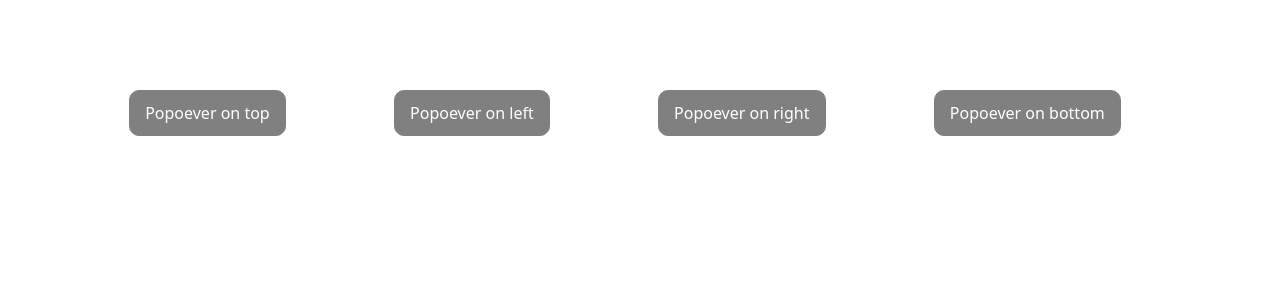
Repository: 1509Long/1509long.github.io
Page: exam.html
These files come from the project's save history. The page is drawn as it stood at one moment and after the next save; the edit follows.
The browser window is 1280 px wide. The pictures show the whole page.

Above is the page before, as saved 2022-05-24 21:12:55.

### exam.html
<!DOCTYPE html>
<html lang="en">
  <head>
    <title>Title</title>
    <!-- Required meta tags -->
    <meta charset="utf-8" />
    <meta
      name="viewport"
      content="width=device-width, initial-scale=1, shrink-to-fit=no"
    />

    <!-- Bootstrap CSS v5.0.2 -->
    <link
      rel="stylesheet"
      href="https://cdn.jsdelivr.net/npm/bootstrap@5.0.2/dist/css/bootstrap.min.css"
      integrity="sha384-EVSTQN3/azprG1Anm3QDgpJLIm9Nao0Yz1ztcQTwFspd3yD65VohhpuuCOmLASjC"
      crossorigin="anonymous"
    />
    <style>

      body {
        margin: 90px;
      }
      .toggle-top , .toggle-bottom , .toggle-left , .toggle-right {
        visibility: hidden;
      }

      #button {
        color: #fff;
        background-color: grey;
        padding: 10px 15px;
        border: 1px solid grey;
        border-radius: 10px;
        margin-right: 30px
      }

      .box {
        padding: 20px;
        border: 1px solid grey;
        border-radius: 10px;
      }

      .toggle-top {
        position: absolute;
        top: -80px;
        left: 0;
        z-index: 1000;
        background-color: aqua;
      }

      .toggle-bottom {
        position: absolute;
        top: 80px;
        left: 0;
        z-index: 1000;
        background-color: aqua;
      }

      .toggle-left {
        position: absolute;
        top: 0;
        left: -140px;
        z-index: 1000;
        background-color: aqua;
      }

      .toggle-right {
        position: absolute;
        top: 0;
        left: 155px;
        z-index: 1000;
        background-color: aqua;
      }

      #right {
        width: 160px;
      }

      .box1 , .box2 , .box3 , .box4 {
        position: relative;
      }


    </style>
  </head>
  <body>
      <div class="d-flex justify-content-around">
        <div class="box1">
          <button id="button" onclick="boxA()">Popoever on top</button>
          <div class="toggle-top box" id="top">Top popoever</div>
        </div>

        <div class="box3">
          <button id="button" onclick="boxC()">Popoever on left</button>
          <div class="toggle-left box" id="left">Left popover</div>
        </div>

        <div class="box4">
          <button id="button" onclick="boxD()">Popoever on right</button>
          <div class="toggle-right box" id="right">Right popover</div>
        </div>

        <div class="box2">
          <button id="button" onclick="boxB()">Popoever on bottom</button>
          <div class="toggle-bottom box" id="bottom">Bottom popover</div>
        </div>
      </div>



    <!-- Bootstrap JavaScript Libraries -->
    <script src="https://unpkg.com/@popperjs/core@2"></script>
    <script
      src="https://cdn.jsdelivr.net/npm/@popperjs/core@2.9.2/dist/umd/popper.min.js"
      integrity="sha384-IQsoLXl5PILFhosVNubq5LC7Qb9DXgDA9i+tQ8Zj3iwWAwPtgFTxbJ8NT4GN1R8p"
      crossorigin="anonymous"
    ></script>
    <script
      src="https://cdn.jsdelivr.net/npm/bootstrap@5.0.2/dist/js/bootstrap.min.js"
      integrity="sha384-cVKIPhGWiC2Al4u+LWgxfKTRIcfu0JTxR+EQDz/bgldoEyl4H0zUF0QKbrJ0EcQF"
      crossorigin="anonymous"
    ></script>

    <script>
      function boxA () {
        let click = document.getElementById("top");
        console.log(click);
        click.classList.toggle("toggle-top");
      }

      function boxB () {
        let click = document.getElementById("bottom");
        console.log(click);
        click.classList.toggle("toggle-bottom");
      }

      function boxC () {
        let click = document.getElementById("left");
        console.log(click);
        click.classList.toggle("toggle-left");
      }

      function boxD () {
        let click = document.getElementById("right");
        console.log(click);
        click.classList.toggle("toggle-right");
      }
    </script>
  </body>
</html>

After the next save:
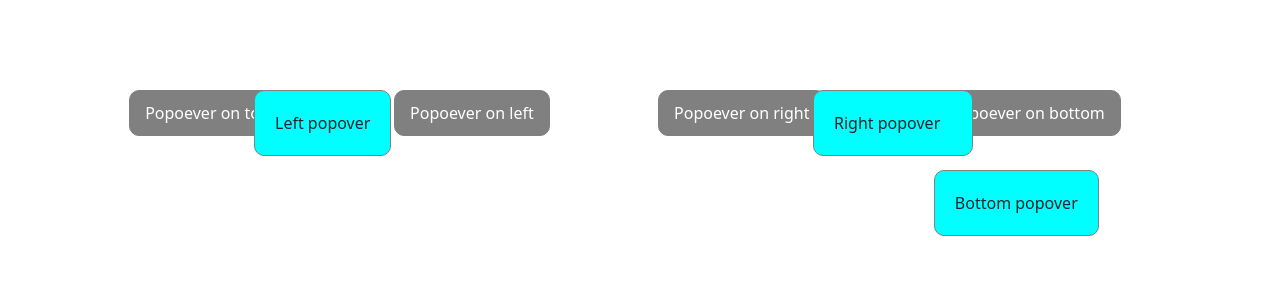
Saved 30 s later.
--- a/exam.html
+++ b/exam.html
@@ -22,7 +22,7 @@
         margin: 90px;
       }
       .toggle-top , .toggle-bottom , .toggle-left , .toggle-right {
-        visibility: hidden;
+
       }
 
       #button {
@@ -46,6 +46,7 @@
         left: 0;
         z-index: 1000;
         background-color: aqua;
+        visibility: hidden;
       }
 
       .toggle-bottom {

After the save that followed:
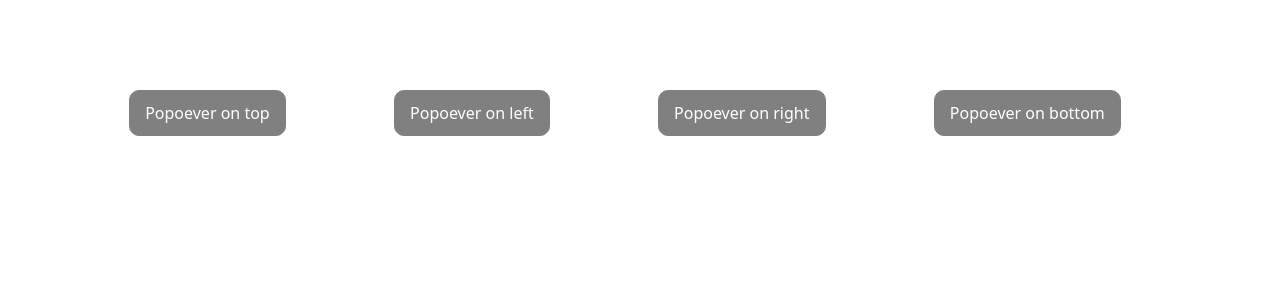
Saved 63 s later.
--- a/exam.html
+++ b/exam.html
@@ -22,7 +22,7 @@
         margin: 90px;
       }
       .toggle-top , .toggle-bottom , .toggle-left , .toggle-right {
-
+        visibility: hidden;
       }
 
       #button {
@@ -40,13 +40,12 @@
         border-radius: 10px;
       }
 
-      .toggle-top {
+      .boxA {
         position: absolute;
         top: -80px;
         left: 0;
         z-index: 1000;
         background-color: aqua;
-        visibility: hidden;
       }
 
       .toggle-bottom {
@@ -88,7 +87,7 @@
       <div class="d-flex justify-content-around">
         <div class="box1">
           <button id="button" onclick="boxA()">Popoever on top</button>
-          <div class="toggle-top box" id="top">Top popoever</div>
+          <div class="toggle-top  box boxA" id="top">Top popoever</div>
         </div>
 
         <div class="box3">
